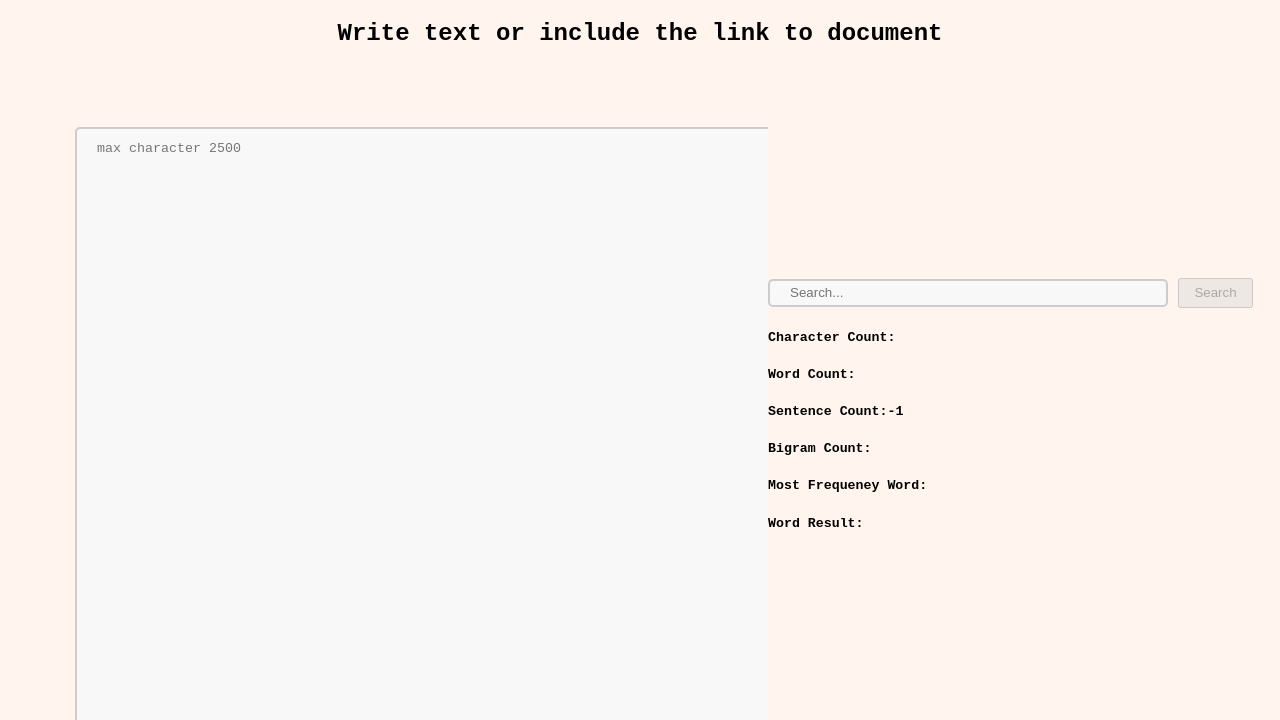
Repository: zitac234/TTPProject
Page: /
An editor plug-in stored every save of this project. The page is shown before and after the next save, followed by the edit.
The browser window is 1280 px wide. The pictures show the whole page.
The project was rebuilt for these pictures with package versions that can differ from the ones it lists, and the page was loaded fresh each time. Also part of the build but not shown: webpack.config.js.

Above is the page before, as saved 2021-06-20 03:18:32.

After the next save:
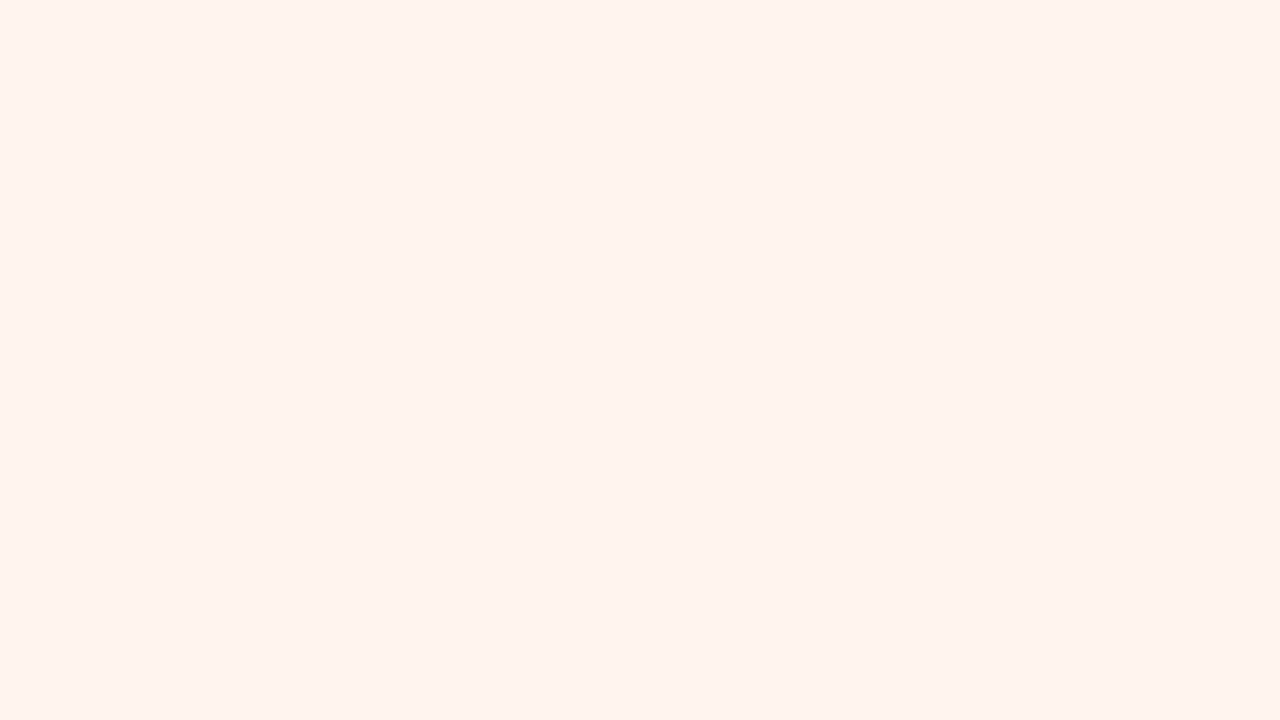
Console error: ReferenceError: counter is not defined
Saved 8 s later.
--- a/client/CreateForm.js
+++ b/client/CreateForm.js
@@ -64,8 +64,8 @@
 }
 const countSentences = (str)=>{
       let regex = /[!\.\?]/
-      let lastPunctuation =  str[str.length-1]
-      let counter = (lastPunctuation === '!' || lastPunctuation === '.'  || lastPunctuation === '?' )? 0 : 1
+      // let lastPunctuation =  str[str.length-1]
+      // let counter = (lastPunctuation === '!' || lastPunctuation === '.'  || lastPunctuation === '?' )? 0 : 1
       let textSplit = str.split(regex)
       let sentenceArray = textSplit.filter(sentence => sentence && sentence.trim())
       return sentenceArray.length-counter

After the save that followed:
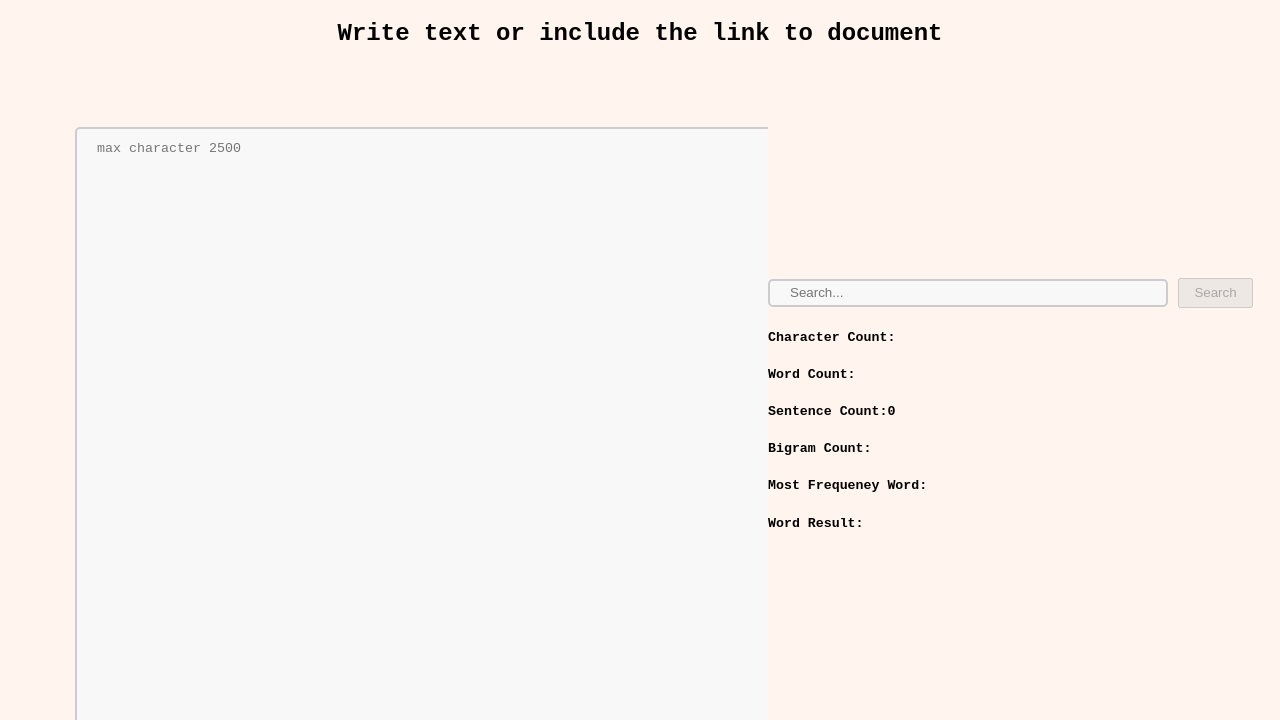
The error is gone.
Saved 8 s later.
--- a/client/CreateForm.js
+++ b/client/CreateForm.js
@@ -68,5 +68,5 @@
       // let counter = (lastPunctuation === '!' || lastPunctuation === '.'  || lastPunctuation === '?' )? 0 : 1
       let textSplit = str.split(regex)
       let sentenceArray = textSplit.filter(sentence => sentence && sentence.trim())
-      return sentenceArray.length-counter
+      return sentenceArray.length
 }
